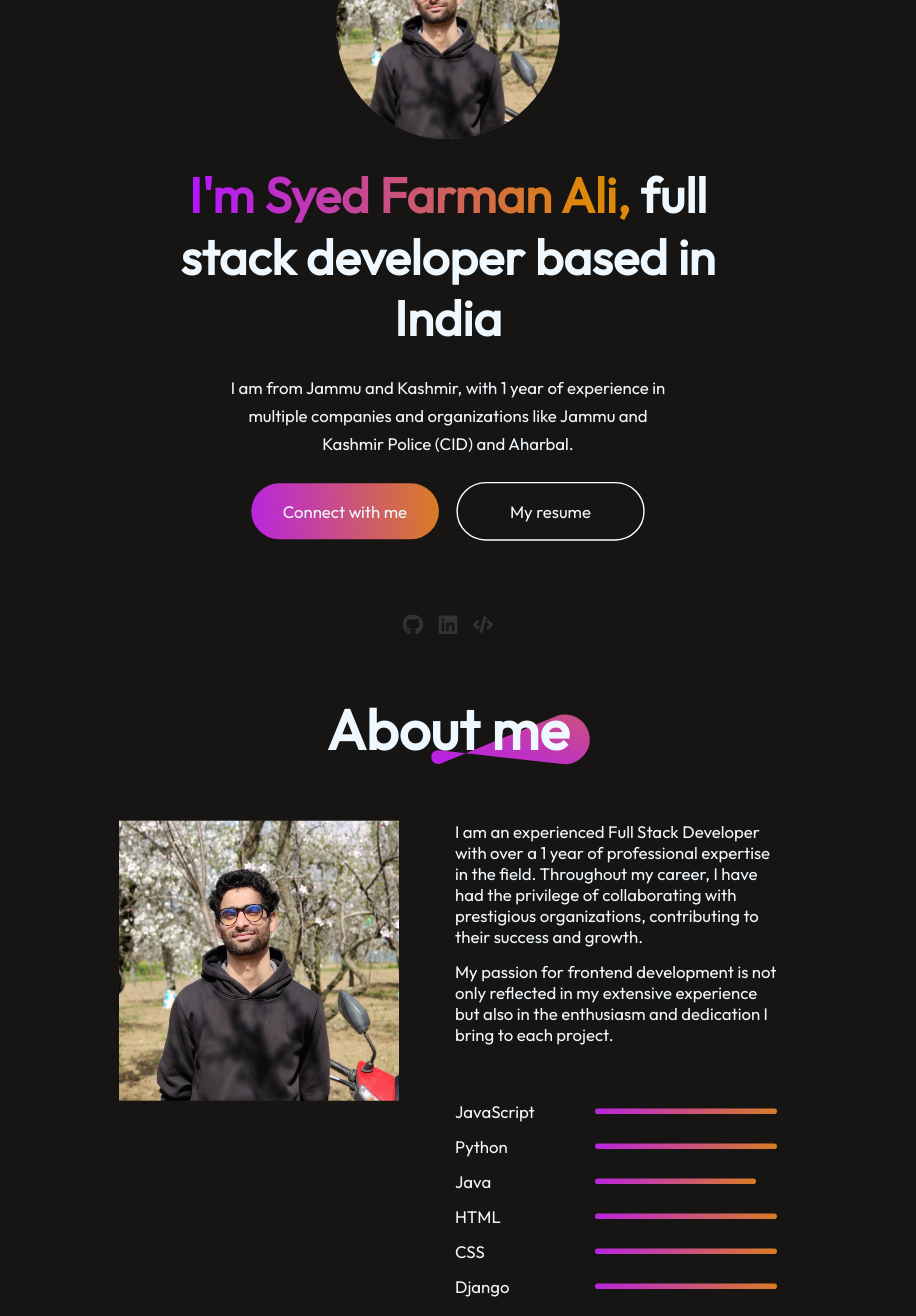
Repository: FARMAN9/portfolio_React
Page: /
An editor plug-in stored every save of this project. The page is shown before and after a run of saves, followed by the edit.
The browser window is 1280 px wide. The page is 1309 px wide, so the pictures cover 1309 px, including what lies to the right of the window. The pictures show the part of the page from y = 379 to 2259 px (the page is 4995 px tall before and 4731 px after), at 70% of full size.
The project was rebuilt for these pictures with package versions that can differ from the ones it lists, and the page was loaded fresh each time. Also part of the build but not shown: vite.config.js.

Above is the page before, as saved 2024-10-16 19:48:45.

After the next 2 saves:
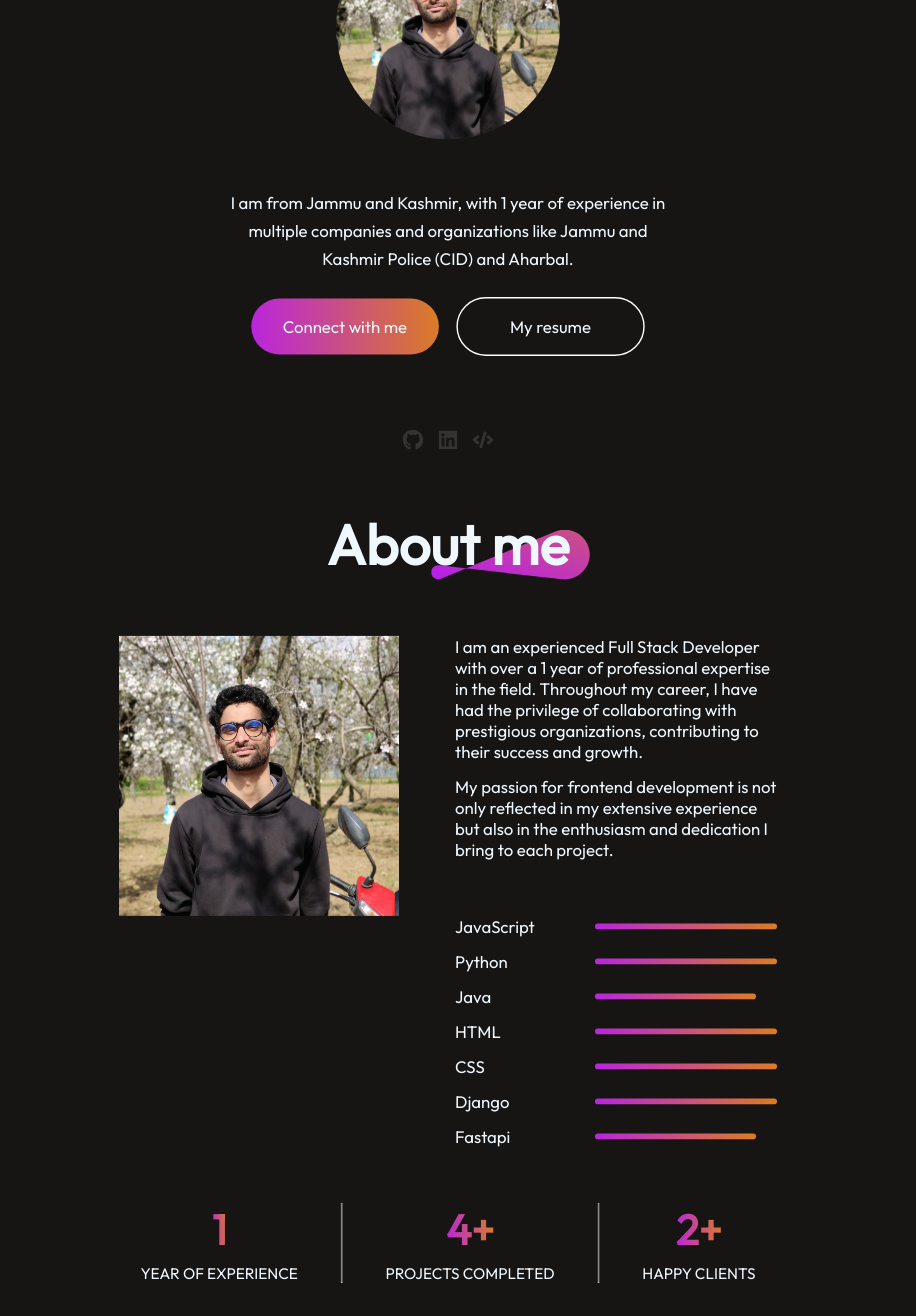
The 2 saves are shown as one change because they came seconds apart.
The last was saved 8 s later.
--- a/src/Components/Hero/Hero.css
+++ b/src/Components/Hero/Hero.css
@@ -16,7 +16,7 @@
 
   font-weight: 600;
   width: 70%;
-  font-size: 70px;
+  font-size: 0px;
 }
 .hero h1 span {
   background: linear-gradient(270deg, #df8908 10%, #b415ff 100%);

After the save that followed:
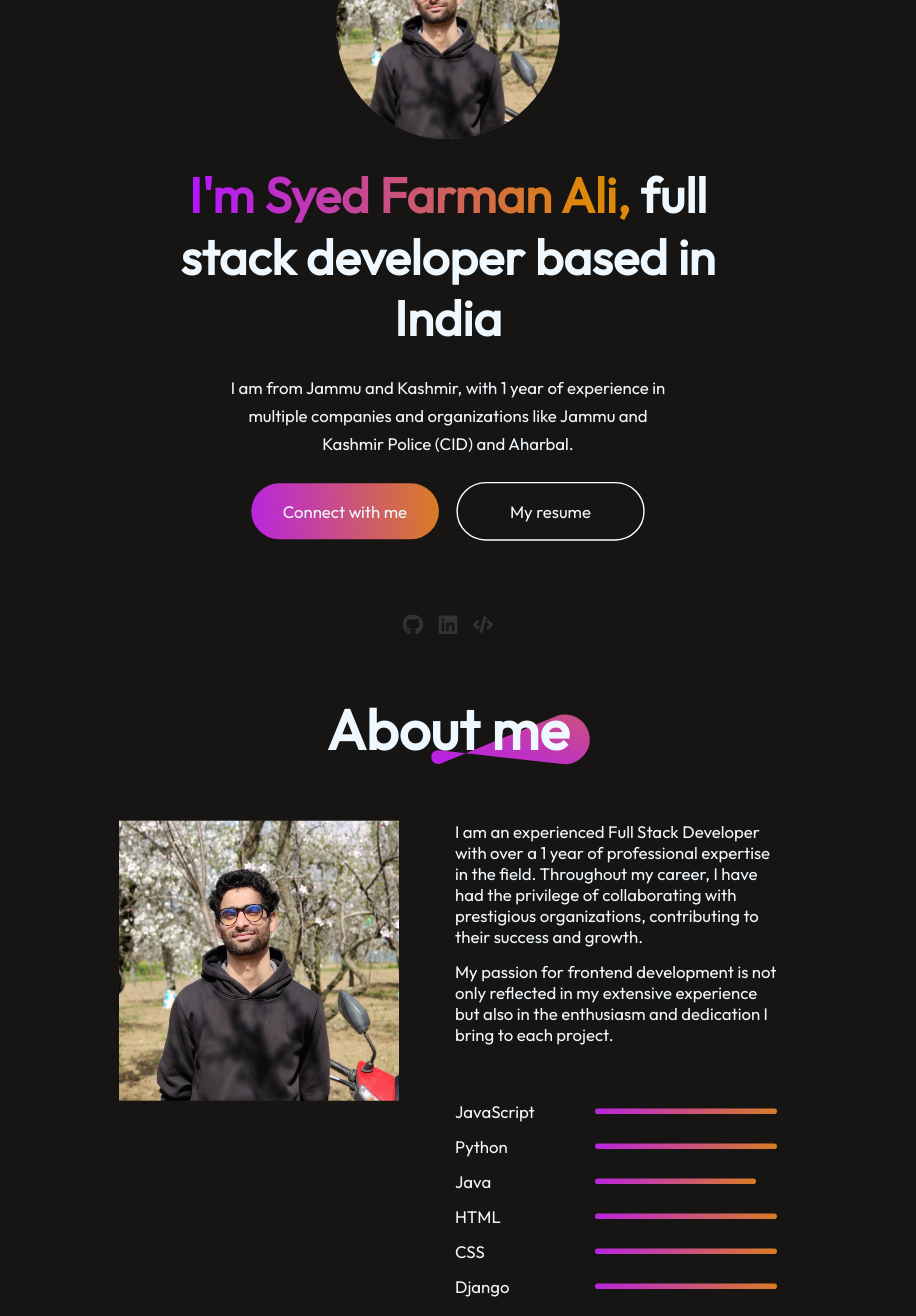
Saved 5 s later.
--- a/src/Components/Hero/Hero.css
+++ b/src/Components/Hero/Hero.css
@@ -16,7 +16,7 @@
 
   font-weight: 600;
   width: 70%;
-  font-size: 0px;
+  font-size: 70px;
 }
 .hero h1 span {
   background: linear-gradient(270deg, #df8908 10%, #b415ff 100%);
